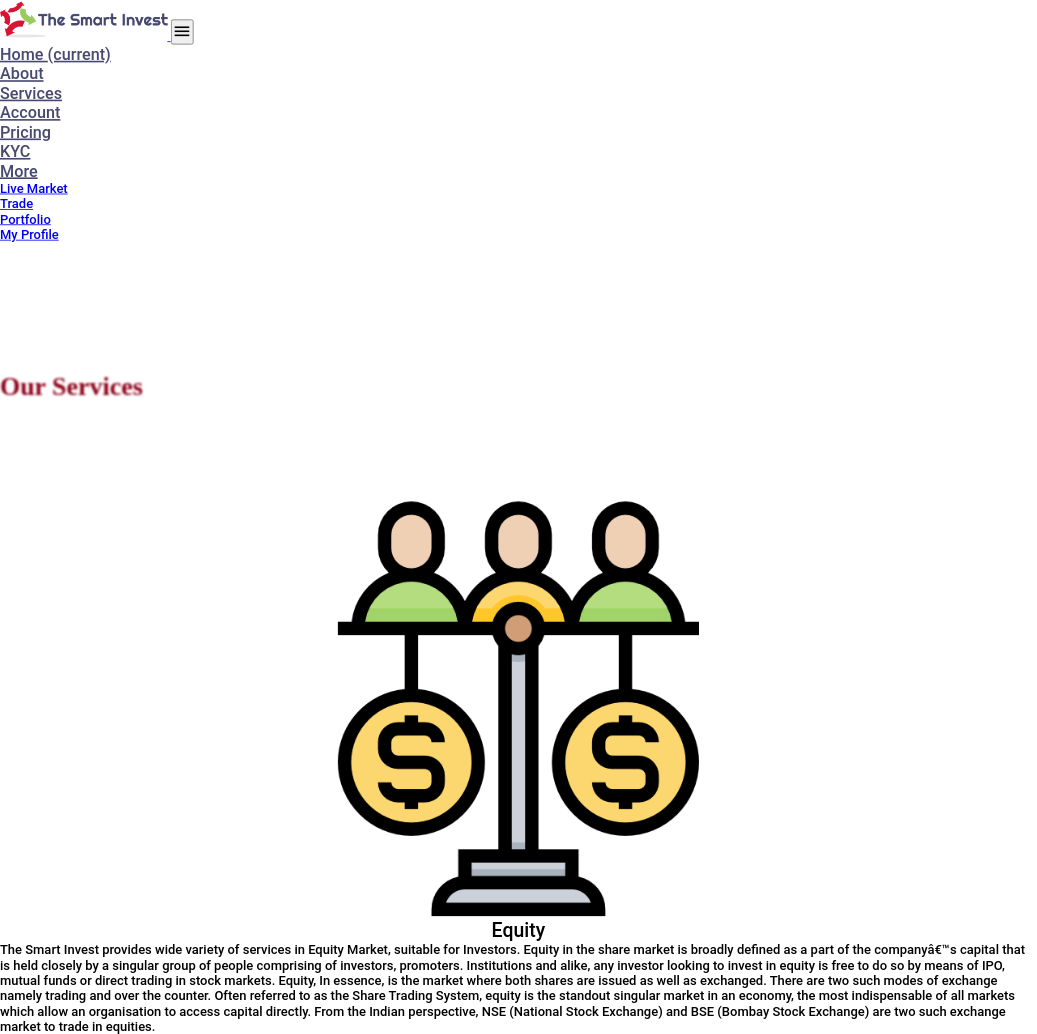
Repository: Demonster1999/Invest-Mart-new
Page: services.html
An editor plug-in stored every save of this project. The page is shown before and after the next save, followed by the edit.
The browser window is 1280 px wide. The pictures show the whole page, at 81% of full size.
Some web libraries are served in a nearby version.

Above is the page before, as saved 2020-05-01 21:33:27.
Console error: TypeError: Failed to execute 'addEventListener' on 'EventTarget': parameter 2 is not of type 'Object'.

### services.html
<!doctype html>
<html lang="en">

<head>
  <!-- Required meta tags -->
  <meta charset="utf-8">
  <meta name="viewport" content="width=device-width, initial-scale=1, shrink-to-fit=no">

  <!-- Material Design for Bootstrap fonts and icons -->
  <link rel="stylesheet" href="https://fonts.googleapis.com/css?family=Roboto:300,400,500,700|Material+Icons">

  <!-- Material Design for Bootstrap CSS -->
  <link rel="stylesheet"
    href="https://unpkg.com/bootstrap-material-design@4.1.1/dist/css/bootstrap-material-design.min.css"
    integrity="sha384-wXznGJNEXNG1NFsbm0ugrLFMQPWswR3lds2VeinahP8N0zJw9VWSopbjv2x7WCvX" crossorigin="anonymous">

    <link rel="stylesheet" href="static/css/custom.css">
  <title>Services: Invest-Smart</title>
</head>

<body style = "font-family : ROBOTO MEDIUM" onload="window.addEventListener('load', fadeEffect);">
  <!-- preloader start -->
<div class="preloader" style="opacity: 1;">
  <img src="static/imgs/preloaderspin.svg" class="filler-green" alt="spinner">
</div>
  <!-- preloader end  -->

  <!-- nav start -->

  <nav class="navbar navbar-expand-lg fixed-top   text-center   ">
     <a class="navbar-brand" href="#">
       <img src="static/imgs/smartlogo.png"  height = "50"
         class="d-inline-block align-top" alt="">

     </a>
  <button class="navbar-toggler" type="button" data-toggle="collapse" data-target="#navbarSupportedContent"
    aria-controls="navbarSupportedContent" aria-expanded="false" aria-label="Toggle navigation">
    <span class="navbar-toggler-icon material-icons">menu</span>
  </button>

    <div class="collapse navbar-collapse justify-content-end  " id="navbarSupportedContent">
      <ul class="navbar-nav ">
        <li class="nav-item active mx-2 p-2">
          <a class="nav-link2" href="index.html">Home <span class="sr-only">(current)</span></a>
        </li>

        <li class="nav-item mx-2  p-2">
          <a href="About.html" class="nav-link2">About</a>
        </li>
        <li class="nav-item mx-2 p-2"><a href="services.html" class="nav-link2 ">Services</a></li>
        <li class="nav-item mx-2 p-2"><a href="Account.html" class="nav-link2">Account</a></li>
        <li class="nav-item mx-2 p-2"><a href="pricing.html" class="nav-link2">Pricing</a> </li>
        <li class="nav-item mx-2 p-2">
          <a class="nav-link2 " href="kyc.html">KYC</a>
        </li>
        <li class="nav-item mx-2 p-2 dropdown">
          <a class="nav-link2 dropdown-toggle" href="#" id="navbarDropdown" role="button" data-toggle="dropdown"
            aria-haspopup="true" aria-expanded="false">
            More
          </a>
          <div class="dropdown-menu" style= "background-color : rgba(255,255,255,0.45)" aria-labelledby="navbarDropdown">
            <a class="dropdown-item" href="#">Live Market</a>
            <div class="dropdown-divider"></div>
            <a class="dropdown-item" href="#">Trade</a>
            <div class="dropdown-divider"></div>
            <a class="dropdown-item" href="#">Portfolio</a>
            <div class="dropdown-divider"></div>
            <a class="dropdown-item" href="#">My Profile</a>
          </div>
        </li>

      </ul>

    </div>
  </nav>

  <!--  services Banner  -->

  <div class="top-wrapper p-5 text-center ">

    <h1 >
      Our Services
    </h1>

  </div>

  <!-- services Provided
   -->
   <div class="services container-fluid pt-5 mt-5">
     <div class="row">
      <div class="col-md-6">
       <center>
        <img src="static/imgs/icons/equity.png" alt="">
        <h2 class=" m-2"> Equity </h2>
       </center>


       </div>
       <div class="col-md-6">
<p>
  The Smart Invest provides wide variety of services in Equity Market, suitable for Investors. Equity in the share
  market
  is broadly defined as a part of the companyâ€™s capital that is held closely by a singular group of people comprising
  of
  investors, promoters. Institutions and alike, any investor looking to invest in equity is free to do so by means of
  IPO,
  mutual funds or direct trading in stock markets. Equity, In essence, is the market where both shares are issued as
  well
  as exchanged. There are two such modes of exchange namely trading and over the counter. Often referred to as the Share
  Trading System, equity is the standout singular market in an economy, the most indispensable of all markets which
  allow
  an organisation to access capital directly. From the Indian perspective, NSE (National Stock Exchange) and BSE (Bombay
  Stock Exchange) are two such exchange market to trade in equities.
</p>
       </div>


     </div>
   </div>





    <script src="https://code.jquery.com/jquery-3.2.1.slim.min.js"
    integrity="sha384-KJ3o2DKtIkvYIK3UENzmM7KCkRr/rE9/Qpg6aAZGJwFDMVNA/GpGFF93hXpG5KkN"
    crossorigin="anonymous"></script>
  <script src="https://unpkg.com/popper.js@1.12.6/dist/umd/popper.js"
    integrity="sha384-fA23ZRQ3G/J53mElWqVJEGJzU0sTs+SvzG8fXVWP+kJQ1lwFAOkcUOysnlKJC33U"
    crossorigin="anonymous"></script>
  <script src="https://unpkg.com/bootstrap-material-design@4.1.1/dist/js/bootstrap-material-design.js"
    integrity="sha384-CauSuKpEqAFajSpkdjv3z9t8E7RlpJ1UP0lKM/+NdtSarroVKu069AlsRPKkFBz9"
    crossorigin="anonymous"></script>
  <script>$(document).ready(function () { $('body').bootstrapMaterialDesign(); });</script>
  <script>
    const preloader = document.querySelector('.preloader');
    const fadeEffect = setInterval(() => {
      // if we don't set opacity 1 in CSS, then
      // it will be equaled to "" -- that's why
      // we check it, and if so, set opacity to 1
      if (!preloader.style.opacity) {
        preloader.style.opacity = 1;
      }
      if (preloader.style.opacity > 0) {
        preloader.style.opacity -= 0.1;
        preloader.classList.add("loaded");
      } else {
        clearInterval(fadeEffect);
      }

    }, 100);



  </script>
</body>

</html>

### static/css/custom.css
* {
  margin: 0;
  padding: 0;
}

.overlay {
  position: fixed;
  top: 0;
  left: 0;
  width: 100%;
  height: 100%;
  z-index: 1000;
}

html,
body {
  height: 100%;
}

body::-webkit-scrollbar {
  width: 0;

}
/* Nav Style  */
.navbar{
  background-color: rgba(255,255,255,0.45);
}

a.nav-link2{
  font-weight: bolder;
  font-size: 20px;
  color:#484971;

  width:5%;
  transition: .5s;
}
 a.nav-link2:hover{
 color: hsl(351, 69%, 58%);
  font-weight: 900;
   font-size: 25px;

 width:100%;

}
.nav-item a.nav-link:active {
   color: hsl(351, 69%, 58%);
   font-weight: 900;
   font-size: 25px;
   border-bottom: solid #de4a61;
   width: 100%;

 }

 /* nav Styles End  */

/* Picture Caption Hover Effect  */
.container2 {
  position: relative;
  width: 50%;
}

.image {
  display: block;
  width: 100%;
  height: auto;
}

.overlay {
  position: absolute;
  bottom: 0;
  left: 0;
  right: 0;
  background-color: #fff;
  overflow: hidden;
  width: 100%;
  height: 0;
  transition: .5s ease;
}

.container2:hover .overlay {
  height: 100%;
}

.text {
  color: #484971;
  font-size: 15px;
  font-weight: bold;
  position: absolute;
  top: 50%;
  left: 50%;
  -webkit-transform: translate(-50%, -50%);
  -ms-transform: translate(-50%, -50%);
  transform: translate(-50%, -50%);
  text-align: justify;
}
/* Picture Caption hover Effect end  */

.carousel-inner {
  width: 100%;


}

/* main page Carousel */
.carousel-item img {
  opacity: 0.2;
  width: 100%;
  height : 640px;
  object-fit: cover;
}

/* carosel Caption for main page  */
.carousel-caption {
  position : absolute;
  text-align: center;
  top : 30%;
  position:absolute;
  z-index: 30px;

}

/* Position of Join us button and hover */
.pos {
  position: absolute;
  z-index: 60px;
  bottom : 0;
  right: 0;
  font-size: 25px;

}
.pos:hover{
     border: 1px solid #888;
    }


    /* preloader effect */
.preloader {
  align-items: center;
  background: #fff;
  display: flex;
  height: 100vh;
  justify-content: center;
  left: 0;
  position: fixed;
  top: 0;
  transition: opacity 0.3s linear;
  width: 100%;
  z-index: 9999;
  opacity: 1;
  transform: opacity 1s linear;


}
 .filter-green {
   fill: red;

 }
.preloader.loaded {

  display: none;
}

    /* preloader  */


    /* Top wrapper  */
.top-wrapper{
 width : 100%;
 height : 320px;
  background-color: #fff;

}
.top-wrapper h1{
  position: relative;
  color: #8C001A;
  top : 50%;
  filter: blur(1px);
  font-family: cursive;
}

.ourteam{
width:100%;
filter: blur(2px);
opacity: 0.5;

}

.ourteam-text2 {

  color: #484971;
  font-size: 20px;
  font-weight: 500;
  text-align: justify;
  font-family: Cambria,
    Cochin,
    Georgia,
    Times,
    'Times New Roman',
    serif;
}

.ourteam + h1{
  position: absolute;
  top: 40%;
  left : 20%;
  text-align: center;
  color: #8C001A;
  border-bottom: 5px #97cc5e solid;
  border-top: 5px #97cc5e solid;

}


.ourteam-text{

color:#484971;
font-size: 20px ;
font-weight: 500;
text-align: justify;
font-family: Cambria,
Cochin,
Georgia,
Times,
'Times New Roman',
serif;
}


.employee
{
 width: 100%;
 height : 640px;
 filter: drop-shadow(3px);

}

.employee + h1 {
  position: absolute;
  top: 50%;
  color: #fff;

}
@media only screen and (min-width: 768px){


.ourteam + h1 {
  position: absolute;
  top: 40%;
  left: 25%;
  text-align: center;
  font-size: 100px;
  font-family: cursive;
  z-index: 10px;

}

.ourteam-text {

  position: relative;
  top : 25%;
  font-size: xx-large;
}




}

After the next save:
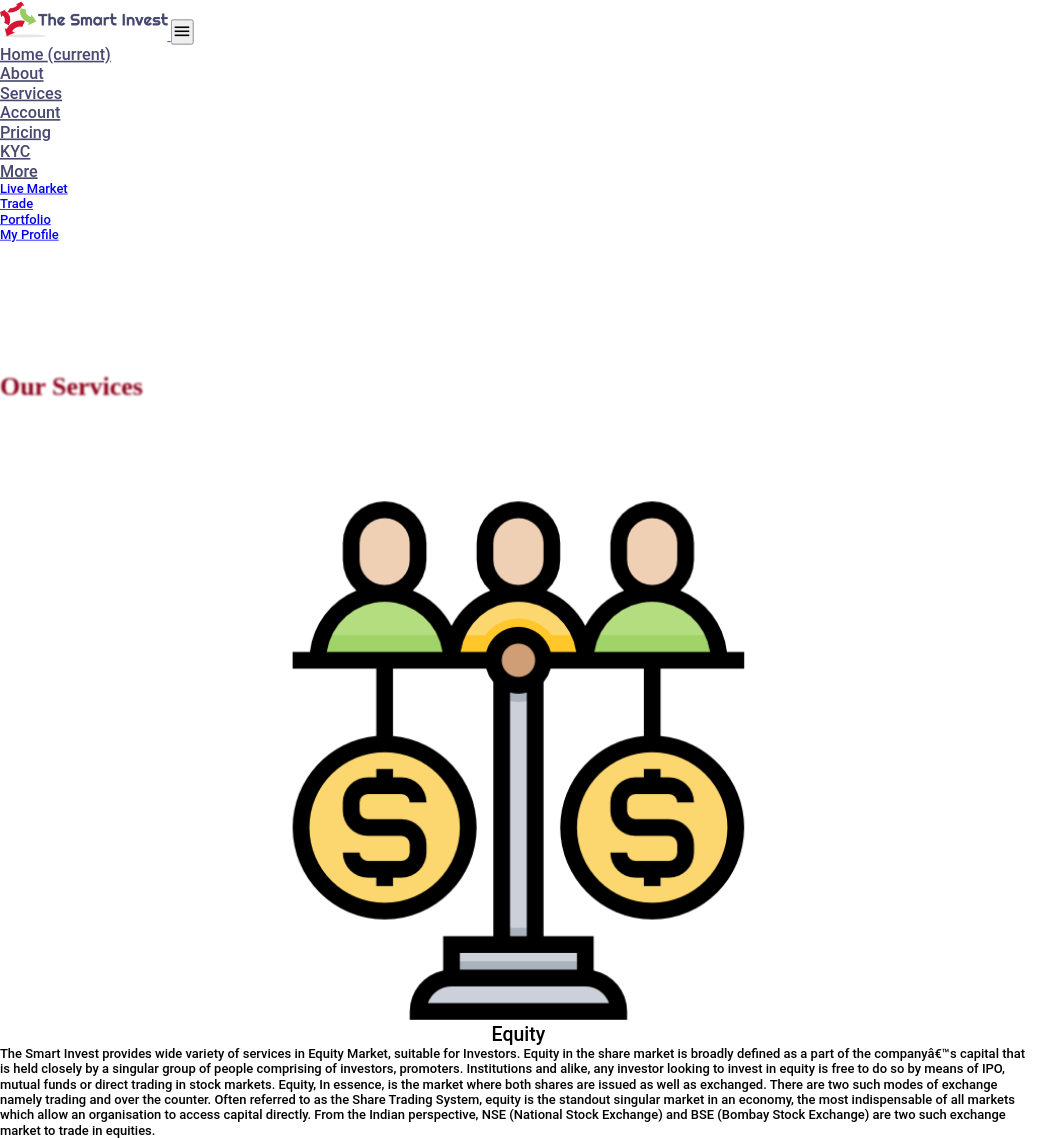
Saved 12 s later.
--- a/services.html
+++ b/services.html
@@ -90,7 +90,7 @@
      <div class="row">
       <div class="col-md-6">
        <center>
-        <img src="static/imgs/icons/equity.png" alt="">
+        <img src="static/imgs/icons/equity.png" width="50%" alt="">
         <h2 class=" m-2"> Equity </h2>
        </center>
 

After the save that followed:
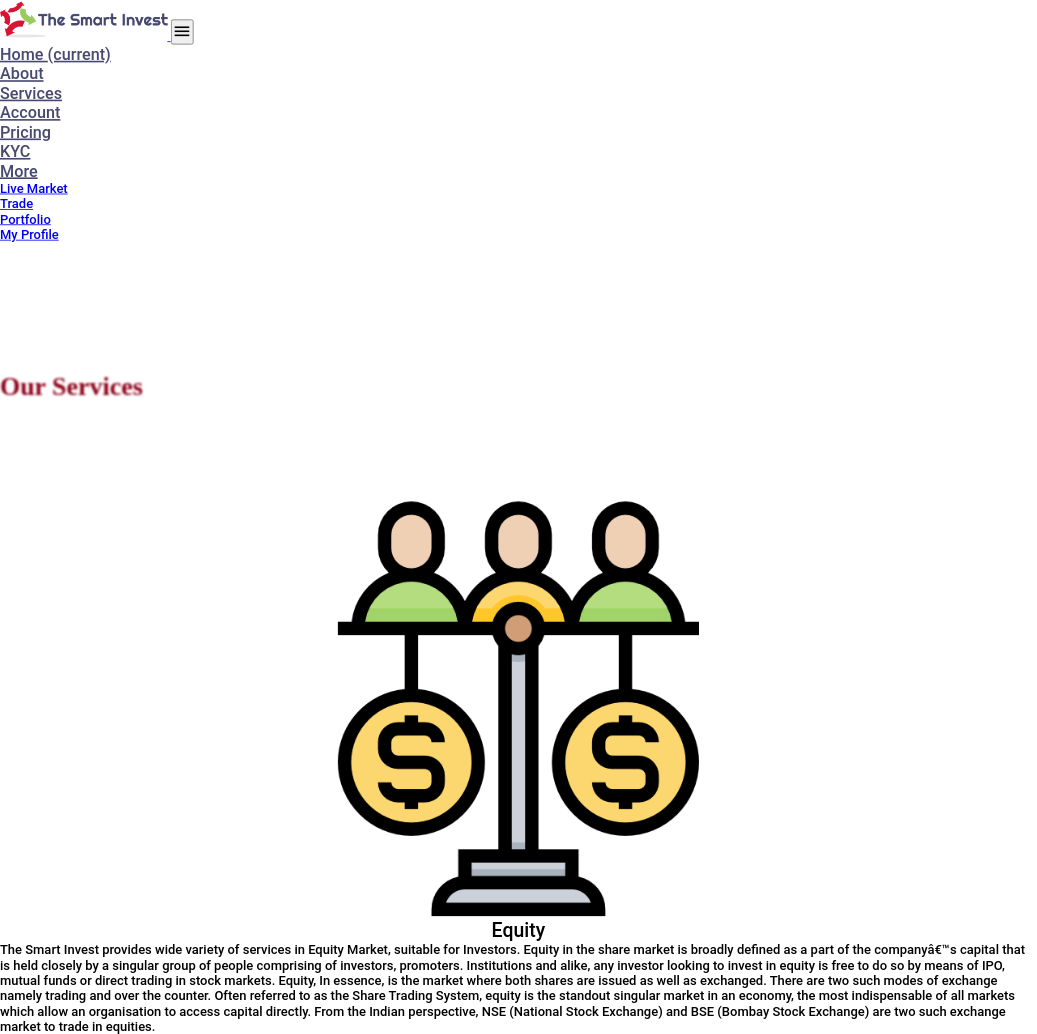
Saved 7 s later.
--- a/services.html
+++ b/services.html
@@ -90,7 +90,7 @@
      <div class="row">
       <div class="col-md-6">
        <center>
-        <img src="static/imgs/icons/equity.png" width="50%" alt="">
+        <img src="static/imgs/icons/equity.png" width="40%" alt="">
         <h2 class=" m-2"> Equity </h2>
        </center>
 
